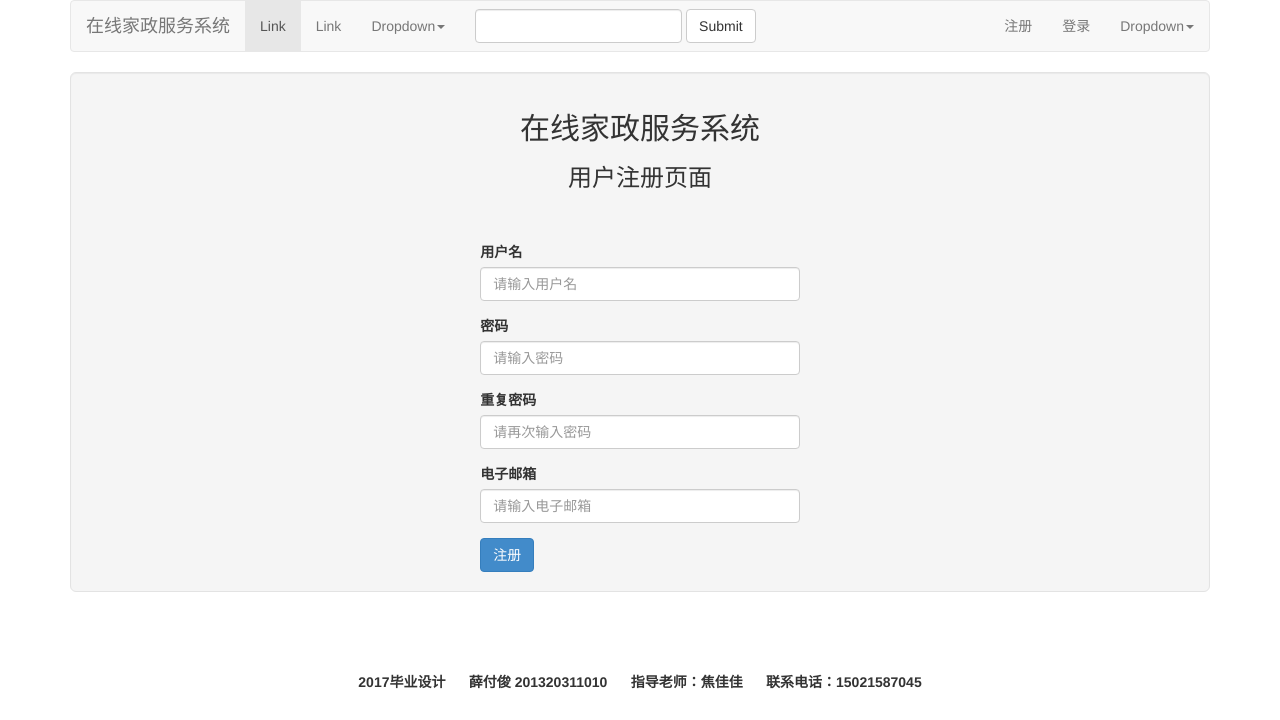
Repository: ELeonCXFJ/MyEclipseWS
Page: http://localhost/MyWeb/jsps/user/register.jsp
The author's editor kept a copy of each file at every save. The page is drawn from the files as they stood at one save, then again after the next save.
The browser window is 1280 px wide. The pictures show the whole page.
The page is served by Tomcat 9. Nobody is signed in. The application's start-up code is not run.

Above is the page before, as saved 2017-03-17 04:48:18.

After the next save:
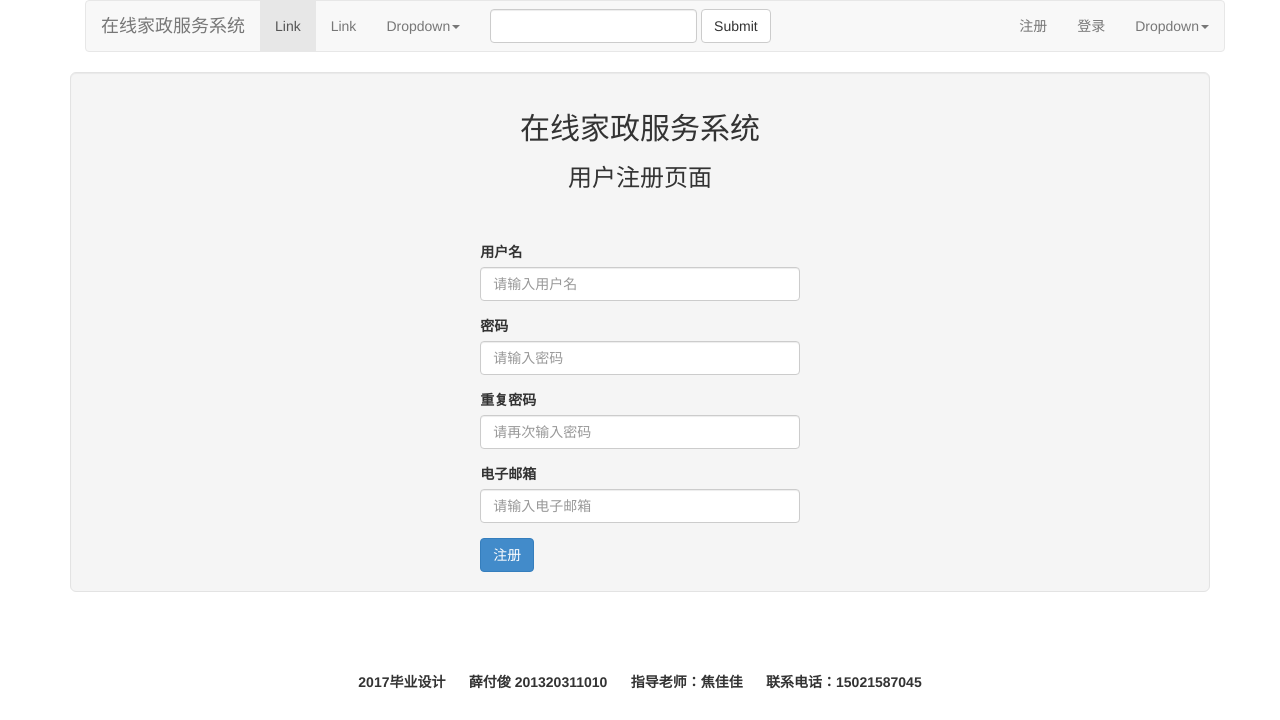
Saved 46 s later.
--- a/MyWeb/WebRoot/jsps/user/register.jsp
+++ b/MyWeb/WebRoot/jsps/user/register.jsp
@@ -19,9 +19,8 @@
 
 <body>
 <div class="container" >
-	<div class="row clearfix">
-	<c:import url="../../top.jsp"></c:import>
-	<div class="col-md-12 column">
+
+<c:import url="../../top.jsp"></c:import>
 <div class="jumbotron well">
 	<h2 align="center">在线家政服务系统</h2>
 	<h3 align="center">用户注册页面</h3></br></br>
@@ -65,8 +64,6 @@
 </div>
 <c:import url="../../bottom.jsp"></c:import>
 <div>
-</div>
-</div>
 </div>
 </div>
 <script type="text/javascript">
